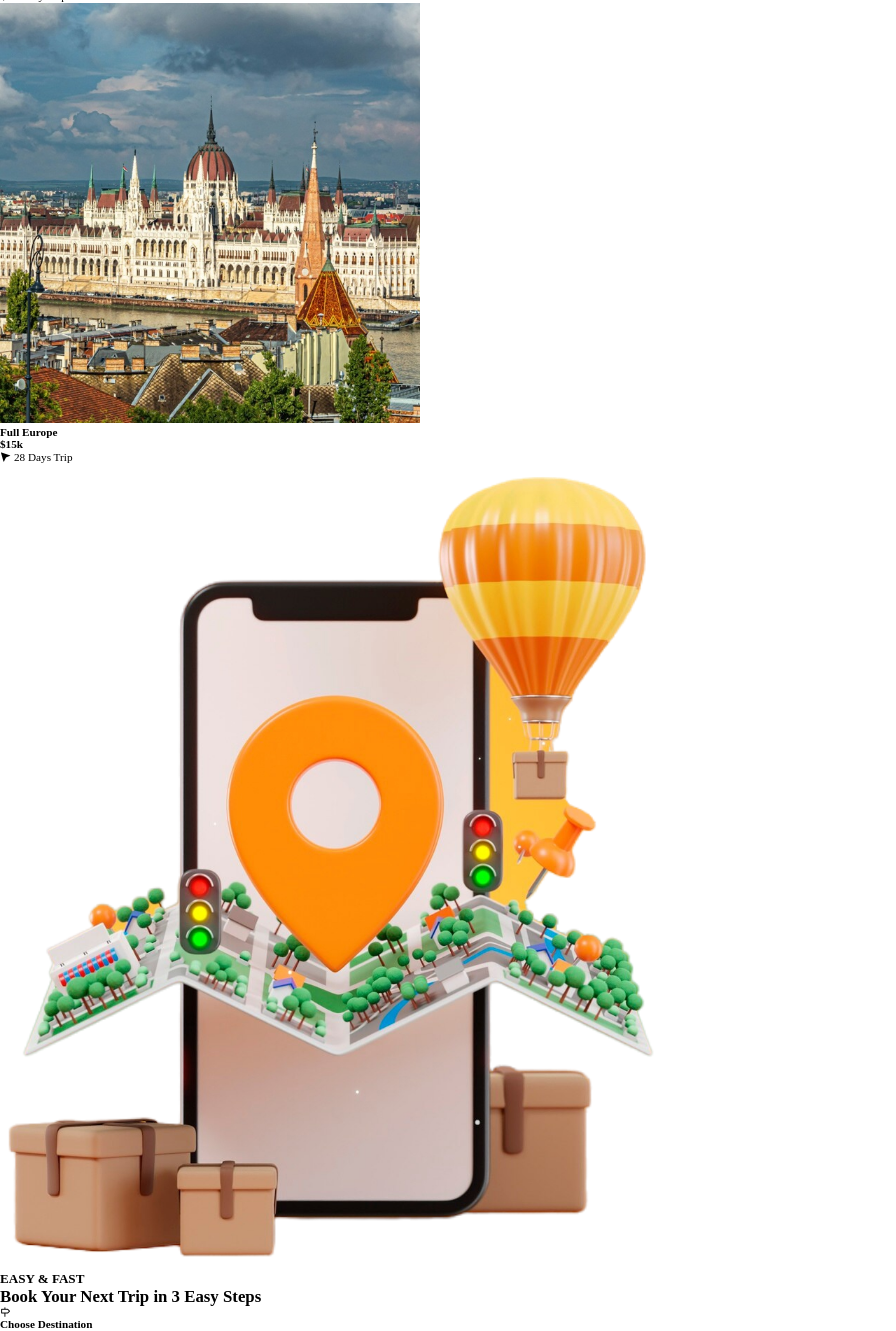
Repository: ntandomagana/travel-website
Page: index.html
The author's editor kept a copy of each file at every save. The page is drawn from the files as they stood at one save, then again after a run of saves.
The browser window is 1280 px wide. The pictures show the part of the page from y = 2095 to 4015 px (the page is 3997 px tall before and 4015 px after), at 70% of full size.

Above is the page before, as saved 2024-05-06 17:22:50.

### index.html
<!DOCTYPE html>
<html lang="en">
  <head>
    <meta charset="UTF-8" />
    <meta name="viewport" content="width=device-width, initial-scale=1.0" />
    <link
      href="https://cdn.jsdelivr.net/npm/remixicon@4.2.0/fonts/remixicon.css"
      rel="stylesheet"
    />
    <link
      rel="stylesheet"
      href="https://cdn.jsdelivr.net/npm/swiper@11/swiper-bundle.min.css"
    />
    <link rel="stylesheet" href="style.css" />
    <title>Travel Website</title>
  </head>
  <body>
    <nav>
      <div class="nav-header">
        <div class="logo">
          <a href="#" class="logo">Travel<span>S</span>.</a>
        </div>
        <div class="nav-menu-btn" id="menu-btn">
          <i class="ri-menu-line"></i>
        </div>
      </div>

      <ul class="nav-links" id="nav-links">
        <li><a href="#home">Home</a></li>
        <li><a href="#service">Services</a></li>
        <li><a href="#destination">Destinations</a></li>
        <li><a href="#trips">Trips</a></li>
        <li><a href="#client">Clients</a></li>
      </ul>
    </nav>

    <header class="section-container header-container" id="home">
      <div class="header-image">
        <img src="assets/header.png" alt="header" />
      </div>
      <div class="header-content">
        <h3 class="section-subheader">BEST DESTINATIONS AROUND THE WORLD</h3>
        <h1>Travel, enjoy and live a new full life</h1>
        <p>
          It's an invitation to break free from the ordinary, immerse yourself
          in diverse cultures, and embrace the beauty of the world around you.
          Let every journey be a chapter in your story of living life to its
          fullest potential.
        </p>
        <div class="header-btns">
          <button class="btn">Find out more</button>
          <a href="#">
            <span><i class="ri-play-fill"></i></span>
            Play Demo
          </a>
        </div>
      </div>
    </header>

    <section class="section-container service-container" id="service">
      <h3 class="section-subheader">CATEGORY</h3>
      <h2 class="section-header">We Offer Best Services</h2>
      <div class="service-grid">
        <div class="service-card">
          <img src="assets/weather.png" alt="service" />
          <h4>Calculated Weather</h4>
          <p>
            Stay ahead of your travels with precise weather forecasts tailored
            to your destination's conditions.
          </p>
        </div>
        <div class="service-card">
          <img src="assets/customisation.png" alt="service" />
          <h4>Customizations</h4>
          <p>
            Tailor your journey with personalized customizations, ensuring every
            detail reflects your unique travel style.
          </p>
        </div>
      </div>
    </section>

    <section class="section-container destination-container" id="destination">
      <h3 class="section-subheader">TOP SELLING</h3>
      <h2 class="section-header">Top Destinations</h2>
      <div class="destination-grid">
        <div class="destination-card">
          <img src="assets/destination-1.jpg" alt="destination" />
          <div class="destination-details">
            <div>
              <h4>Rome, Italy</h4>
              <h4>$5.42k</h4>
            </div>
            <p>
              <span><i class="ri-navigation-fill"></i></span>
              10 days trip
            </p>
          </div>
        </div>
        <div class="destination-card">
          <img src="assets/destination-3.jpg" alt="destination" />
          <div class="destination-details">
            <div>
              <h4>Full Europe</h4>
              <h4>$15k</h4>
            </div>
            <p>
              <span><i class="ri-navigation-fill"></i></span>
              28 Days Trip
            </p>
          </div>
        </div>
      </div>
    </section>

    <section class="section-container trip-container" id="trip">
        <div class="trip-image">
            <img src="assets/trip.png" />
        </div>
        <div class="trip-content">
            <h3 class="section-subheader">EASY & FAST</h3>
            <h2 class="section-header">Book Your Next Trip in 3 Easy Steps</h2>
            <ul class="trip-list">
                <li>
                    <span><i class="ri-signpost-line"></i></span>
                    <div>
                        <h4>Choose Destination</h4>
                        <p></p>
                    </div>
                </li>
            </ul>
        </div>
    </section>
  </body>
</html>

### style.css
@import url("https://fonts.googleapis.com/css2?family=Poppins:ital,wght@0,100;0,200;0,300;0,400;0,500;0,600;0,700;0,800;0,900;1,100;1,200;1,300;1,400;1,500;1,600;1,700;1,800;1,900&display=swap");

:root {
    --primary-color: #e06951;
    --text-dark: #111827;
    --text-light: #6b7280;
    --white: #ffffff;
    --max-width: 1200px;
}

* {
    padding: 0;
    margin: 0;
    box-sizing: border-box;
}

After the next 2 saves:
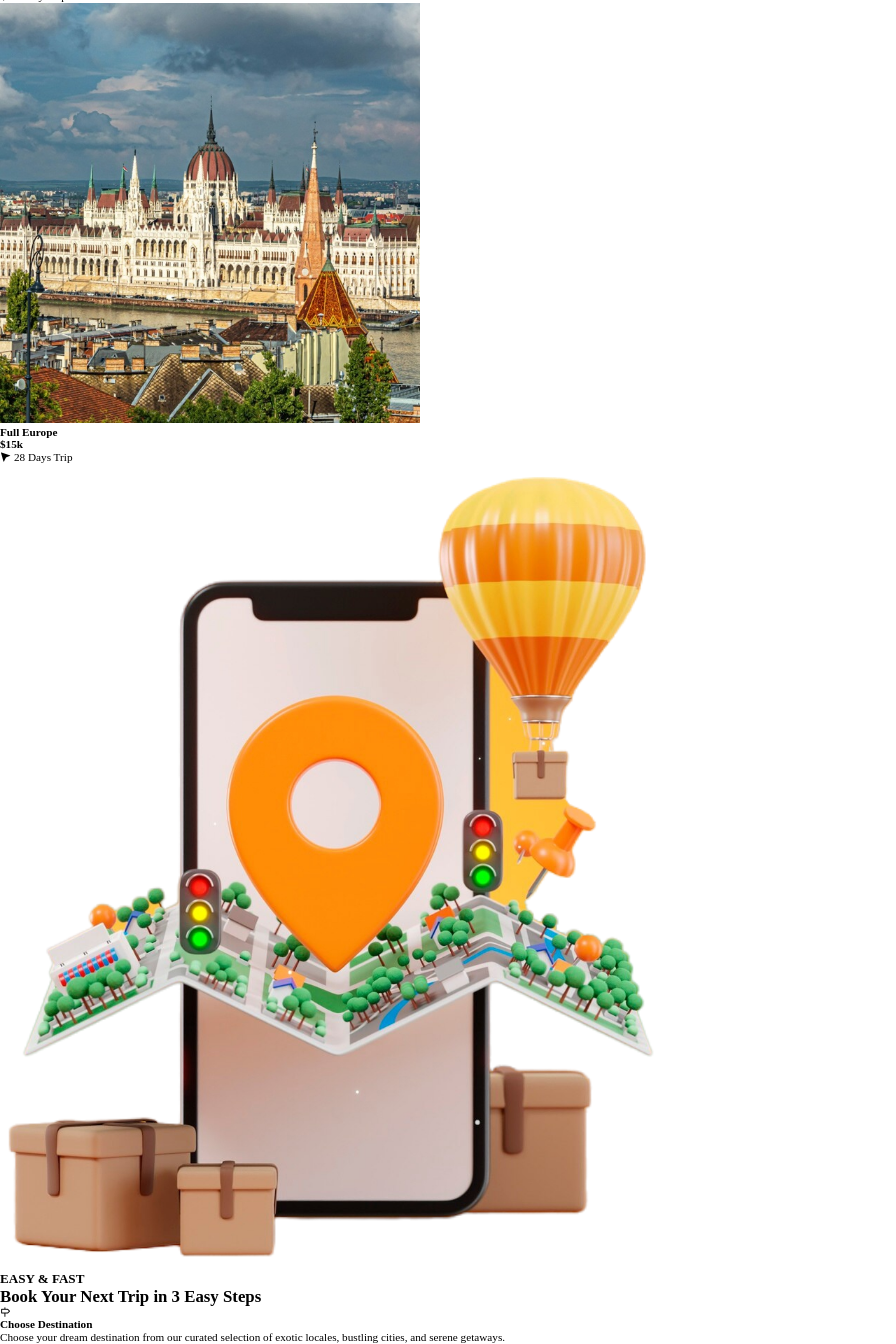
The 2 saves are shown as one change because they came seconds apart.
The last was saved 9 s later.
--- a/index.html
+++ b/index.html
@@ -114,22 +114,25 @@
     </section>
 
     <section class="section-container trip-container" id="trip">
-        <div class="trip-image">
-            <img src="assets/trip.png" />
-        </div>
-        <div class="trip-content">
-            <h3 class="section-subheader">EASY & FAST</h3>
-            <h2 class="section-header">Book Your Next Trip in 3 Easy Steps</h2>
-            <ul class="trip-list">
-                <li>
-                    <span><i class="ri-signpost-line"></i></span>
-                    <div>
-                        <h4>Choose Destination</h4>
-                        <p></p>
-                    </div>
-                </li>
-            </ul>
-        </div>
+      <div class="trip-image">
+        <img src="assets/trip.png" />
+      </div>
+      <div class="trip-content">
+        <h3 class="section-subheader">EASY & FAST</h3>
+        <h2 class="section-header">Book Your Next Trip in 3 Easy Steps</h2>
+        <ul class="trip-list">
+          <li>
+            <span><i class="ri-signpost-line"></i></span>
+            <div>
+              <h4>Choose Destination</h4>
+              <p>
+                Choose your dream destination from our curated selection of
+                exotic locales, bustling cities, and serene getaways.
+              </p>
+            </div>
+          </li>
+        </ul>
+      </div>
     </section>
   </body>
 </html>
